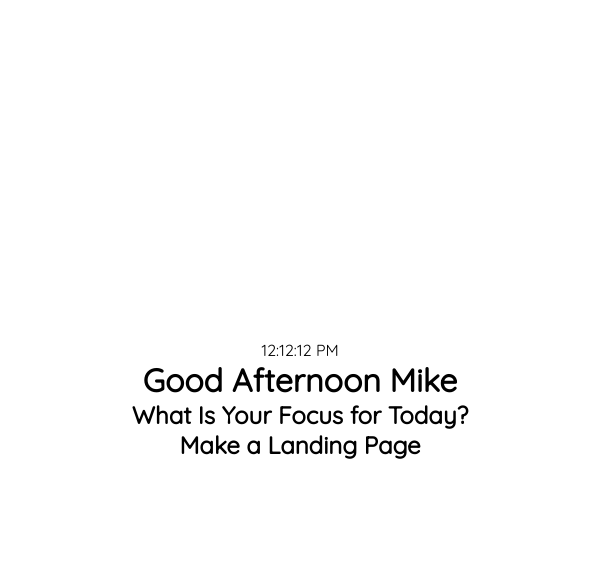
Repository: MikeTroianello/Landing-Page
Page: index.html
An editor plug-in stored every save of this project. The page is shown before and after the next save, followed by the edit.
The browser window is 600 px wide. The pictures show the whole page.

Above is the page before, as saved 2019-06-10 20:51:42.

After the next save:
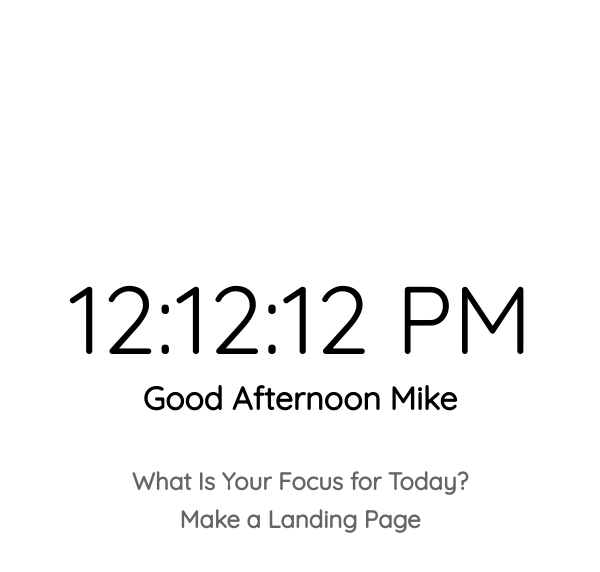
Saved 2 min 47 s later.
--- a/style.css
+++ b/style.css
@@ -14,3 +14,22 @@ body {
   height: 100vh;
   color: 'black';
 }
+
+#time {
+  font-size: 8rem;
+}
+
+h1 {
+  margin-bottom: 3rem;
+}
+
+h2 {
+  margin-bottom: 0.5rem;
+  opacity: 0.6;
+}
+
+@media (max-width: 700px) {
+  #time {
+    font-size: 6rem;
+  }
+}
